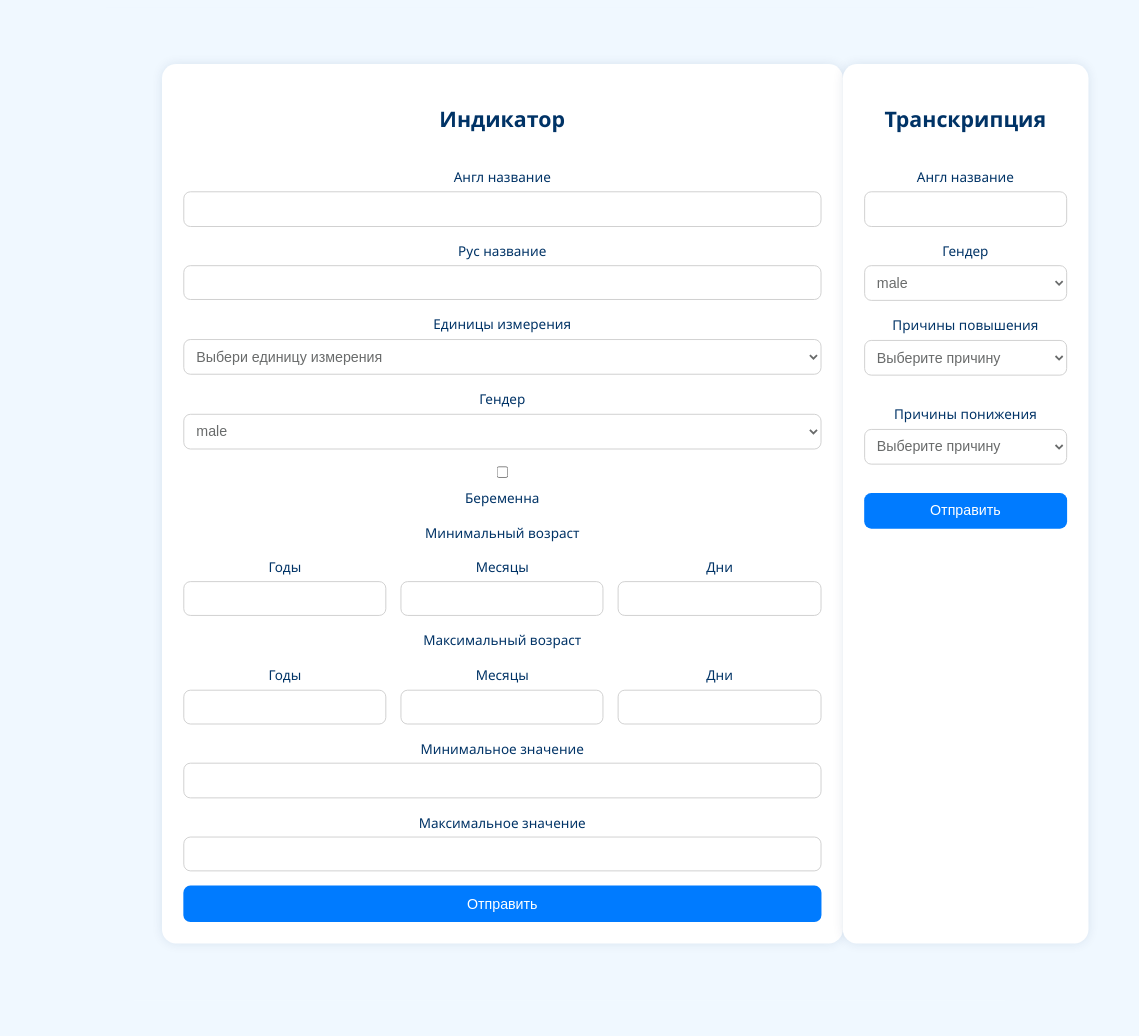
Repository: GGlebux/Transay
Page: / (app in frontend/)
An editor plug-in stored every save of this project. The page is shown before and after the next save, followed by the edit.
The browser window is 1280 px wide. The pictures show the whole page, at 89% of full size.
The project was rebuilt for these pictures with package versions that can differ from the ones it lists, and the page was loaded fresh each time. Also part of the build but not shown: frontend/vite.config.ts.

Above is the page before, as saved 2025-08-04 16:36:41.

### frontend/src/index.css
:root {
  font-family: system-ui, Avenir, Helvetica, Arial, sans-serif;
  line-height: 1.5;
  font-weight: 400;
  background-color: #f0f8ff;
  color-scheme: light dark;
  color: rgba(255, 255, 255, 0.87);


  font-synthesis: none;
  text-rendering: optimizeLegibility;
  -webkit-font-smoothing: antialiased;
  -moz-osx-font-smoothing: grayscale;
}

input, select {
  background: #ffffff;
  color: rgb(105, 107, 107);
}

### frontend/src/App.tsx
import './styles/forms.css';
import IndicatorForm from './components/IndicatorForm';
import TranscriptForm from './components/TranscriptForm';

function App() {
  return (
    <div className="container">
      <IndicatorForm />
      <TranscriptForm />
    </div>
  );
}

export default App;

### frontend/src/styles/forms.css
#root {
  max-width: 980px;
  margin: 0 auto;
  padding: 2rem;
  text-align: center;
  background-color: #f0f8ff;
}

.form-label {
  display: flex;
  flex-direction: column;
  font-weight: 500;
  color: #003366;
  font-size: 0.95rem;
  gap: 0.3rem;
}


.container {
  display: flex;
  padding: 2rem;
  background-color: #f0f8ff;
  color: #003366;
  font-family: 'Segoe UI', sans-serif;
}

h1 {
  text-align: center;
  margin-bottom: 2rem;
}

.form-card {
  background: white;
  padding: 1.5rem;
  border-radius: 1rem;
  box-shadow: 0 0 12px rgba(0, 51, 102, 0.1);
  margin-bottom: 2rem;
  display: flex;
  flex-direction: column;
  gap: 1rem;
}

input,
select {
  padding: 0.6rem;
  border: 1px solid #ccc;
  border-radius: 8px;
  font-size: 1rem;
}

button {
  background-color: #007bff;
  color: white;
  border: none;
  padding: 0.7rem 1.5rem;
  font-size: 1rem;
  border-radius: 8px;
  cursor: pointer;
  transition: background 0.3s ease;
}

button:hover {
  background-color: #0056b3;
}

.age-row {
  display: flex;
  gap: 1rem;
}

.checkbox {
  display: flex;
  align-items: center;
  gap: 0.5rem;
}

.tag-container {
  display: flex;
  flex-wrap: wrap;
  gap: 0.5rem;
}

.tag {
  background-color: #e6f0ff;
  border: 1px solid #007bff;
  color: #003366;
  padding: 0.4rem 0.8rem;
  border-radius: 20px;
  display: flex;
  align-items: center;
  gap: 0.5rem;
}

.tag button {
  background: none;
  border: none;
  font-size: 1.2rem;
  color: #007bff;
  cursor: pointer;
}

### frontend/src/components/IndicatorForm.tsx
import { useState, useEffect } from 'react';

const genders = ['male', 'female', 'both'];

function IndicatorForm() {
  const [units, setUnits] = useState<string[]>([]);

  useEffect(() => {
    // Заменить на свой API
    setUnits(['mg/L', 'mmol/L', 'g/dL']);
  }, []);

return (
  <form className="form-card">
    <h2>Индикатор</h2>

    <label className="form-label">
      Англ название
      <input type="text" />
    </label>

    <label className="form-label">
      Рус название
      <input type="text" />
    </label>

    <label className="form-label">
      Единицы измерения
      <select>
        <option>Выбери единицу измерения</option>
        {units.map((u) => (
          <option key={u}>{u}</option>
        ))}
      </select>
    </label>

    <label className="form-label">
      Гендер
      <select>
        {genders.map((g) => (
          <option key={g} value={g}>
            {g}
          </option>
        ))}
      </select>
    </label>

    <label className="form-label checkbox">
      <input type="checkbox" />
      Беременна
    </label>

    <label className="form-label">Минимальный возраст</label>
    <div className="age-row">
      <label className="form-label">Годы<input type="number" /></label>
      <label className="form-label">Месяцы<input type="number" /></label>
      <label className="form-label">Дни<input type="number" /></label>
    </div>

    <label className="form-label">Максимальный возраст</label>
    <div className="age-row">
      <label className="form-label">Годы<input type="number" /></label>
      <label className="form-label">Месяцы<input type="number" /></label>
      <label className="form-label">Дни<input type="number" /></label>
    </div>

    <label className="form-label">
      Минимальное значение
      <input type="number" step="0.0001" />
    </label>

    <label className="form-label">
      Максимальное значение
      <input type="number" step="0.0001" />
    </label>

    <button type="submit">Отправить</button>
  </form>
);
}

export default IndicatorForm;

### frontend/src/components/TranscriptForm.tsx
import { useState } from 'react';

const genders = ['male', 'female', 'both'];
const exampleReasons = ['Стресс', 'Инфекция', 'Беременность', 'Физнагрузка'];

function TranscriptForm() {
  const [raiseReasons, setRaiseReasons] = useState<string[]>([]);
  const [lowerReasons, setLowerReasons] = useState<string[]>([]);

  const handleSelect = (type: 'raise' | 'lower', value: string) => {
    const set = type === 'raise' ? setRaiseReasons : setLowerReasons;
    const current = type === 'raise' ? raiseReasons : lowerReasons;
    if (!current.includes(value)) set([...current, value]);
  };

  const handleRemove = (type: 'raise' | 'lower', value: string) => {
    const set = type === 'raise' ? setRaiseReasons : setLowerReasons;
    const current = type === 'raise' ? raiseReasons : lowerReasons;
    set(current.filter((r) => r !== value));
  };

 return (
  <form className="form-card">
    <h2>Транскрипция</h2>

    <label className="form-label">
      Англ название
      <input type="text" />
    </label>

    <label className="form-label">
      Гендер
      <select>
        {genders.map((g) => (
          <option key={g} value={g}>
            {g}
          </option>
        ))}
      </select>
    </label>

    <label className="form-label">
      Причины повышения
      <select onChange={(e) => handleSelect('raise', e.target.value)}>
        <option>Выберите причину</option>
        {exampleReasons.map((r) => (
          <option key={r}>{r}</option>
        ))}
      </select>
    </label>

    <div className="tag-container">
      {raiseReasons.map((r) => (
        <span key={r} className="tag">
          {r}
          <button type="button" onClick={() => handleRemove('raise', r)}>
            ×
          </button>
        </span>
      ))}
    </div>

    <label className="form-label">
      Причины понижения
      <select onChange={(e) => handleSelect('lower', e.target.value)}>
        <option>Выберите причину</option>
        {exampleReasons.map((r) => (
          <option key={r}>{r}</option>
        ))}
      </select>
    </label>

    <div className="tag-container">
      {lowerReasons.map((r) => (
        <span key={r} className="tag">
          {r}
          <button type="button" onClick={() => handleRemove('lower', r)}>
            ×
          </button>
        </span>
      ))}
    </div>

    <button type="submit">Отправить</button>
  </form>
);
}

export default TranscriptForm;

Loaded but not shown: frontend/index.html (common file); frontend/src/main.tsx (common file)

After the next save:
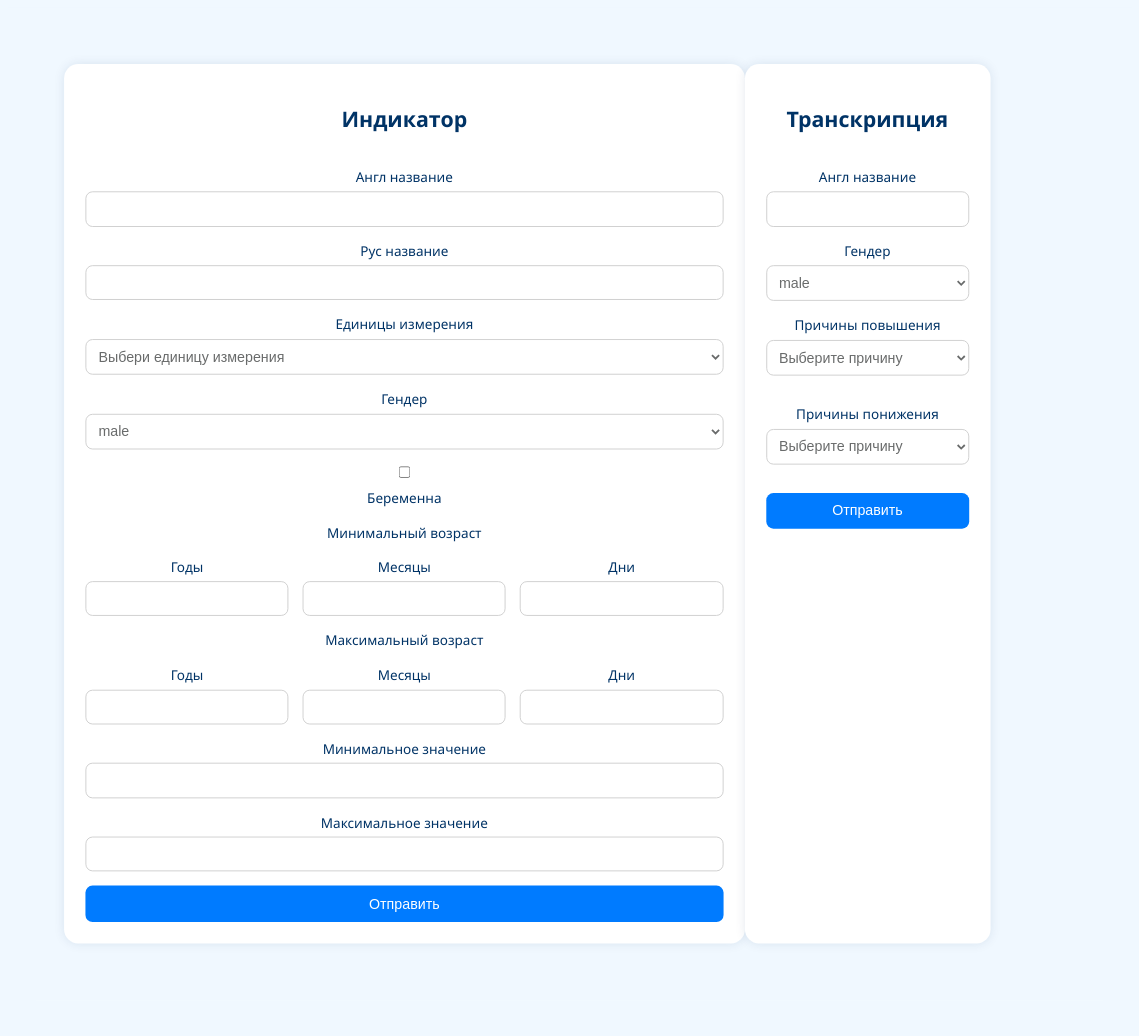
Saved 107 s later.
--- a/frontend/src/styles/forms.css
+++ b/frontend/src/styles/forms.css
@@ -1,5 +1,5 @@
 #root {
-  max-width: 980px;
+  max-width: 1480px;
   margin: 0 auto;
   padding: 2rem;
   text-align: center;
